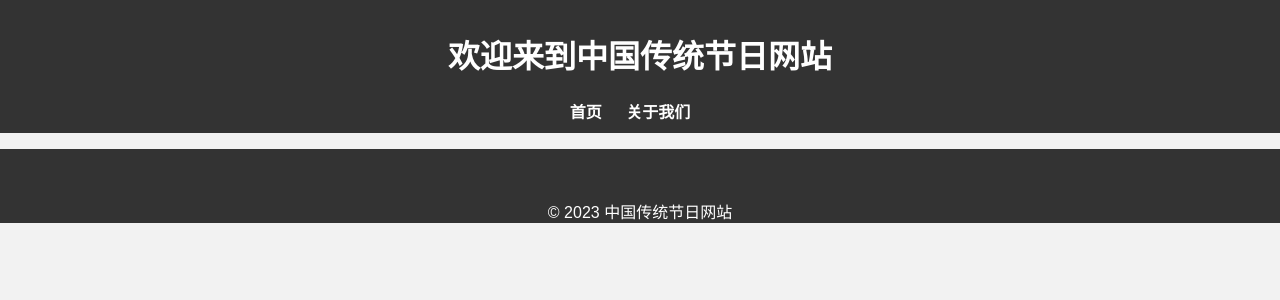
Repository: XueJie1/computer-operation-basics
Page: pages/about.html
An editor plug-in stored every save of this project. The page is shown before and after the next save, followed by the edit.
The browser window is 1280 px wide. The pictures show the whole page.

Above is the page before, as saved 2023-08-30 14:39:12.

After the next save:
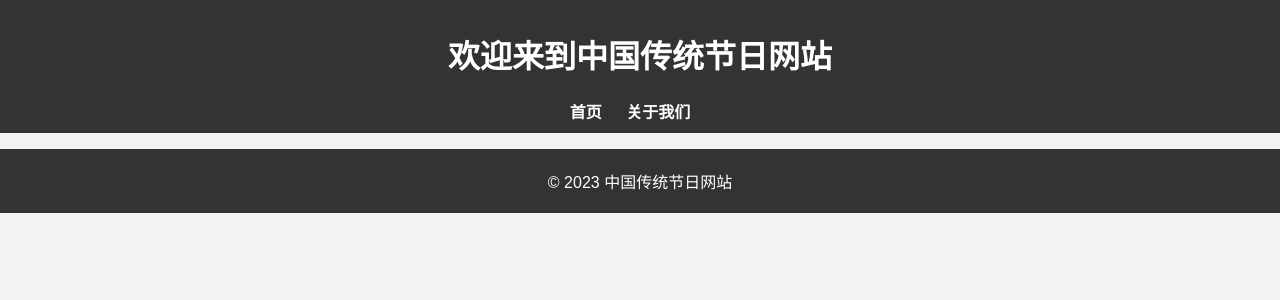
Saved 15 s later.
--- a/css/styles.css
+++ b/css/styles.css
@@ -46,5 +46,6 @@ footer p{
     color: #fff;
     text-align: center;
     background-color: #333;
-    padding-top: 50px;
+    padding-top: 20px;
+    padding-bottom: 20px;
 }
